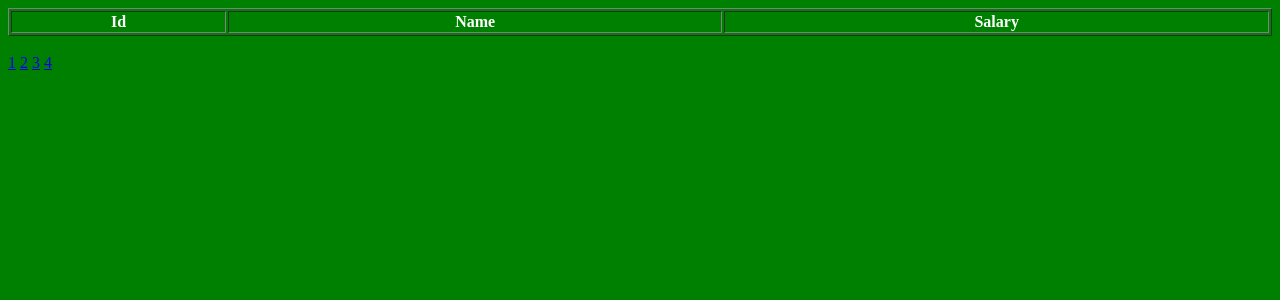
Repository: LSLParvathi/WebApplications
Page: http://localhost/Pagination/Resourses/jsp/first.jsp
An editor plug-in stored every save of this project. The page is shown before and after the next save, followed by the edit.
The browser window is 1280 px wide. The pictures show the whole page.
The page is served by Tomcat 9. Other server files are loaded and not shown. Queries for data that is not in the repository find no rows.

Above is the page before, as saved 2020-02-15 09:44:40.

### Pagination/WebContent/Resourses/jsp/first.jsp
<%@ page import="java.sql.*" %>
<%@ page language="java" contentType="text/html; charset=UTF-8"
    pageEncoding="UTF-8"%>
<!DOCTYPE html>
<html>
<head>
<meta charset="UTF-8">
<title>Insert title here</title>
<link rel="stylesheet" type="text/css" href="../css/first.css">
</head>
<body>
    <table border="1">

    <tr>
    <th>Id</th>
    <th>Name</th>
    <th>Salary</th>
    </tr>
    <%

    String url = "jdbc:mysql://localhost:3306/users";
    String u = "root";
    String p = "12";
    String sql = "select * from employee limit 0,5";

	try {

		 Class.forName("com.mysql.jdbc.Driver");
	     Connection con = DriverManager.getConnection(url,u,p);
	     PreparedStatement ps = con.prepareStatement(sql);
	     ResultSet rs = ps.executeQuery();

	     while(rs.next())
	     {

	     %>

	     <tr>
             <td><%= rs.getString("id") %></td>
             <td><%= rs.getString("name") %></td>
             <td><%= rs.getString("salary") %></td>
         </tr>

	     <%  }
	}
	catch (ClassNotFoundException | SQLException e) {
			e.printStackTrace();
	}

    %>


    </table>
    <br>
    <a href="first.jsp">1</a>
    <a href="second.jsp">2</a>
    <a href="second.jsp">3</a>
    <a href="second.jsp">4</a>
</body>
</html>

### Pagination/WebContent/Resourses/css/first.css
@charset "UTF-8";
body
{

	background-color:  green;
	color: white;

}
th
 {
 text-align: center;
 }
 td
 {
 text-align: center;
 }
 table
 {

 width:100%;
 height:100%
 }

After the next save:
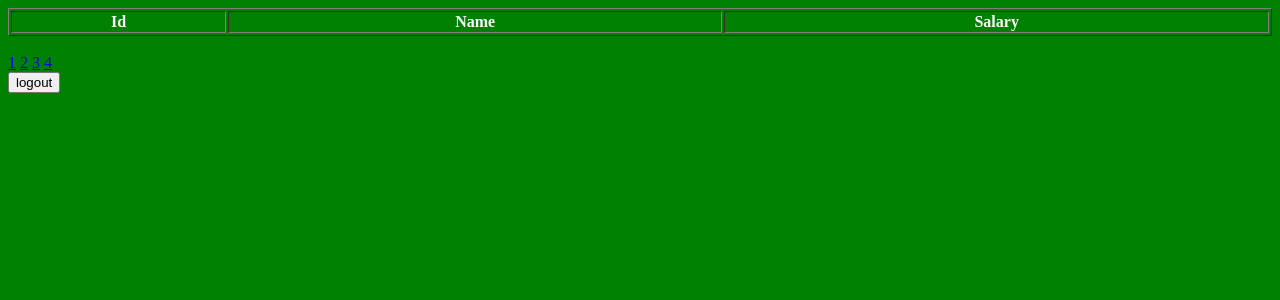
Saved 2 min 56 s later.
--- a/Pagination/WebContent/Resourses/jsp/first.jsp
+++ b/Pagination/WebContent/Resourses/jsp/first.jsp
@@ -9,6 +9,7 @@
 <link rel="stylesheet" type="text/css" href="../css/first.css">
 </head>
 <body>
+<form action="logout">
     <table border="1">
 
     <tr>
@@ -55,6 +56,8 @@
     <a href="first.jsp">1</a>
     <a href="second.jsp">2</a>
     <a href="second.jsp">3</a>
-    <a href="second.jsp">4</a>
+    <a href="second.jsp">4</a><br>
+    <input type="submit" value="logout">
+               </form>
 </body>
 </html>
